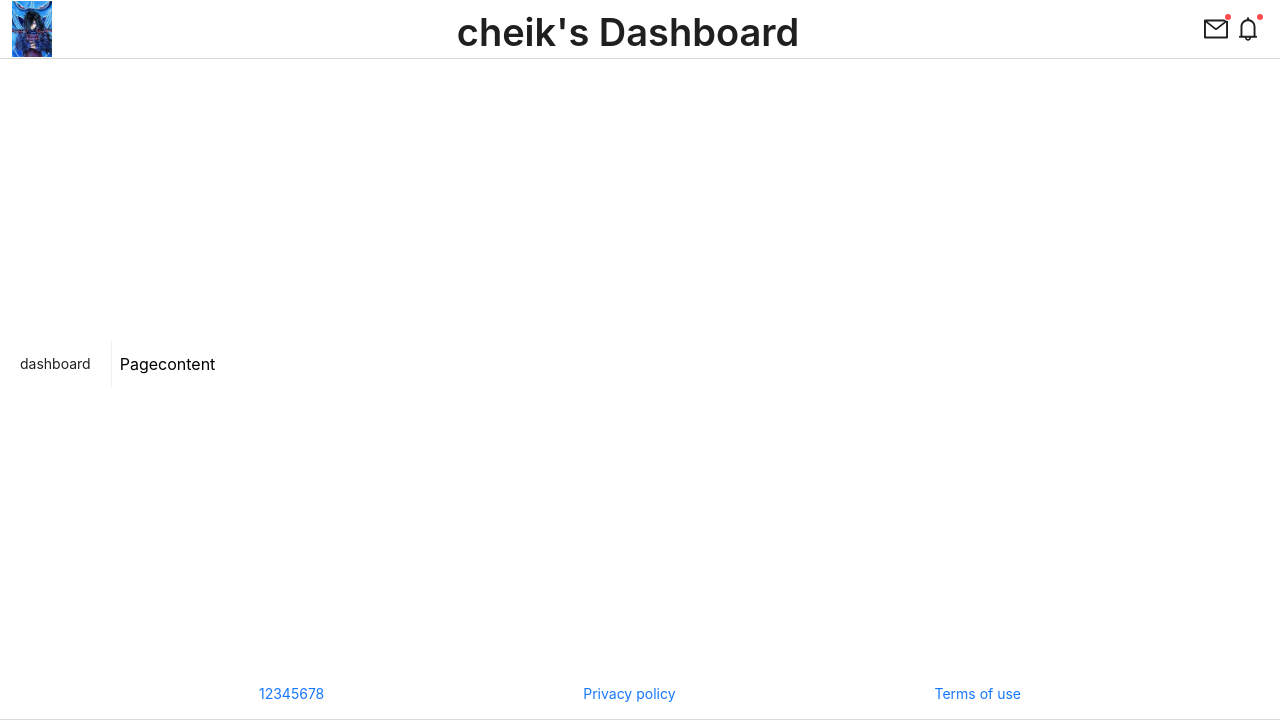
Repository: cheik253/21036
Page: /
An editor plug-in stored every save of this project. The page is shown before and after a run of saves, followed by the edit.
The browser window is 1280 px wide. The pictures show the whole page.
The project was rebuilt for these pictures with package versions that can differ from the ones it lists, and the page was loaded fresh each time.

Above is the page before, as saved 2024-02-23 00:10:00.

### src/App.js
// App.js
import React from 'react';
import ReactApexChart from 'react-apexcharts';
import Sidemenu from './Components/Sidemenu';
import Appfooter from './Components/Appfooter';
import Appheader from './Components/Appheader';
import { Space } from 'antd';
import Pagecontent from './Components/Pagecontent';

import './App.css'; // Assuming your CSS file is named 'App.css'

function App() {
  return (
    <div className="App">
      <Appheader />
      <Space className='SideMenuPageContent'>
        <Sidemenu />
        <Pagecontent />
      </Space>
      <Appfooter />
    </div>
  );
}

export default App;

### src/Components/Sidemenu/index.js
import React from 'react';
import ReactApexChart from 'react-apexcharts';
import {Menu} from 'antd';
export default function Sidemenu() {
    return(
    <div className='Sidemenu'>

<Menu items={[{

label:'dashboard',
key:''
}
]}>

</Menu>


       </div>


       );
   }

### src/Components/Appfooter/index.js
import React from 'react';
import { Badge, Space, Typography } from 'antd';
import { MailOutlined, BellOutlined } from '@ant-design/icons';
import ReactApexChart from 'react-apexcharts';

export default function Appfooter() {
 return(
 <div className='Appfooter'>


<Typography.Link href='tel:+12345678'>12345678</Typography.Link>
<Typography.Link href='cheik' >Privacy policy</Typography.Link>
<Typography.Link href='a' >Terms of use</Typography.Link>

    </div>


    );
}

const PieChartComponent = () => {
    const l1 = [334, 122,55];
    const l2 = ['a', 'b','c'];

    const options = {
      labels: l2,
      series: l1,
    };

    return (
      <ReactApexChart
        options={options}
        series={options.series}
        type="pie"
        height={230}
        width={250}
      />
    );
  };

### src/Components/Appheader/index.js
import React from 'react';
import { Badge, Space, Typography } from 'antd';
import { MailOutlined, BellOutlined } from '@ant-design/icons';
import ReactApexChart from 'react-apexcharts';
import madaraImage from './madara.jpg';

export default function Appheader() {
  return (
    <div className="Appheader">
      <img src={madaraImage} alt="Madara Image" width={40} />
      <Typography.Title>cheik's Dashboard</Typography.Title>
      <Space>
        <Badge count={20} dot>
        <MailOutlined style={{fontSize:24}} />
        </Badge>

      <Badge count={10} dot >
      <BellOutlined  style={{fontSize:24}} />
      </Badge>


      </Space>
    </div>
  );
}

### src/Components/Pagecontent/index.js
import React from 'react';
import ReactApexChart from 'react-apexcharts';
export default function Pagecontent() {
    return(
    <div className='Pagecontent'>

Pagecontent


       </div>


       );
   }

### src/App.css
.App{

  display: flex;
  flex-direction: column;
  width: 100vw;
  height: 100vh;
}
.Appheader{
  height: 50px;
  display: flex;
  justify-content: space-between;
 align-items: center;
 padding: 4px 20px 4px 12px;
 border-bottom:  1px solid rgba(0, 0,0, 0.15);

}
.Appfooter{
  height: 50px;
  display: flex;
  justify-content: space-evenly;
  align-items: center;
  border-bottom:  1px solid rgba(0, 0,0, 0.15);

}
.SideMenuPageContent{
  display: flex;
  flex: 1;
}

Loaded but not shown: public/index.html (common file); src/index.js (common file); src/index.css (common file)

After the next 4 saves:
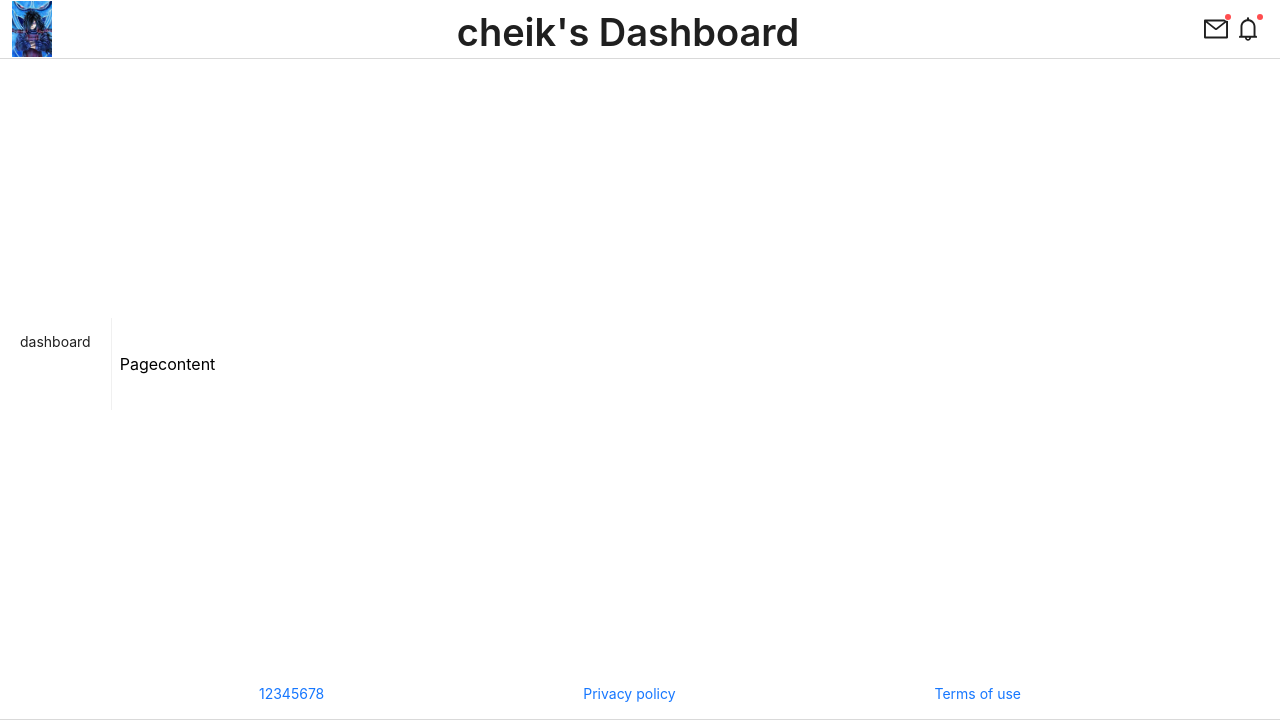
The 4 saves are shown as one change because they came seconds apart.
The last was saved 9 min 45 s later.
--- a/src/Components/Sidemenu/index.js
+++ b/src/Components/Sidemenu/index.js
@@ -8,7 +8,9 @@ export default function Sidemenu() {
 <Menu items={[{
 
 label:'dashboard',
-key:''
+key:'/'
+},{
+
 }
 ]}>
 
